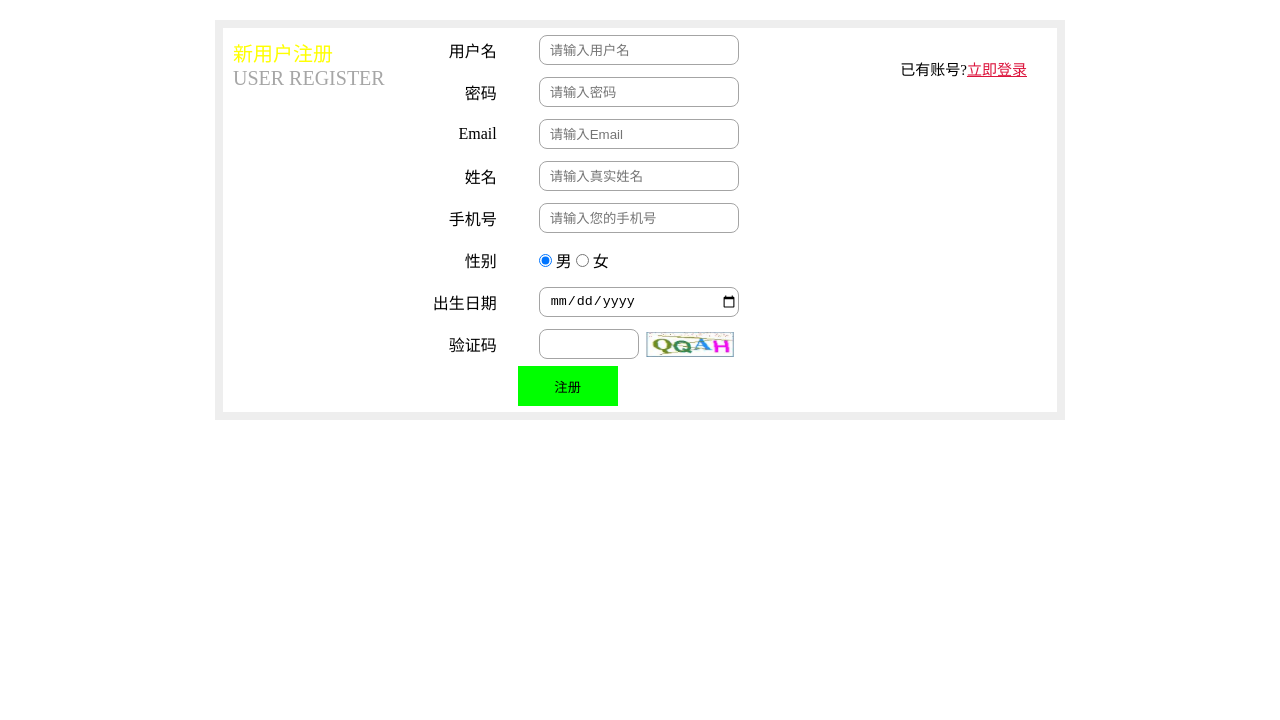
Repository: eheihaha2/whoisthespy-
Page: webDemo/WebContent/register.html
An editor plug-in stored every save of this project. The page is shown before and after the next save, followed by the edit.
The browser window is 1280 px wide. The pictures show the whole page.

Above is the page before, as saved 2020-02-25 07:31:09.
Not found: webDemo/WebContent/imag/9.png

After the next save:
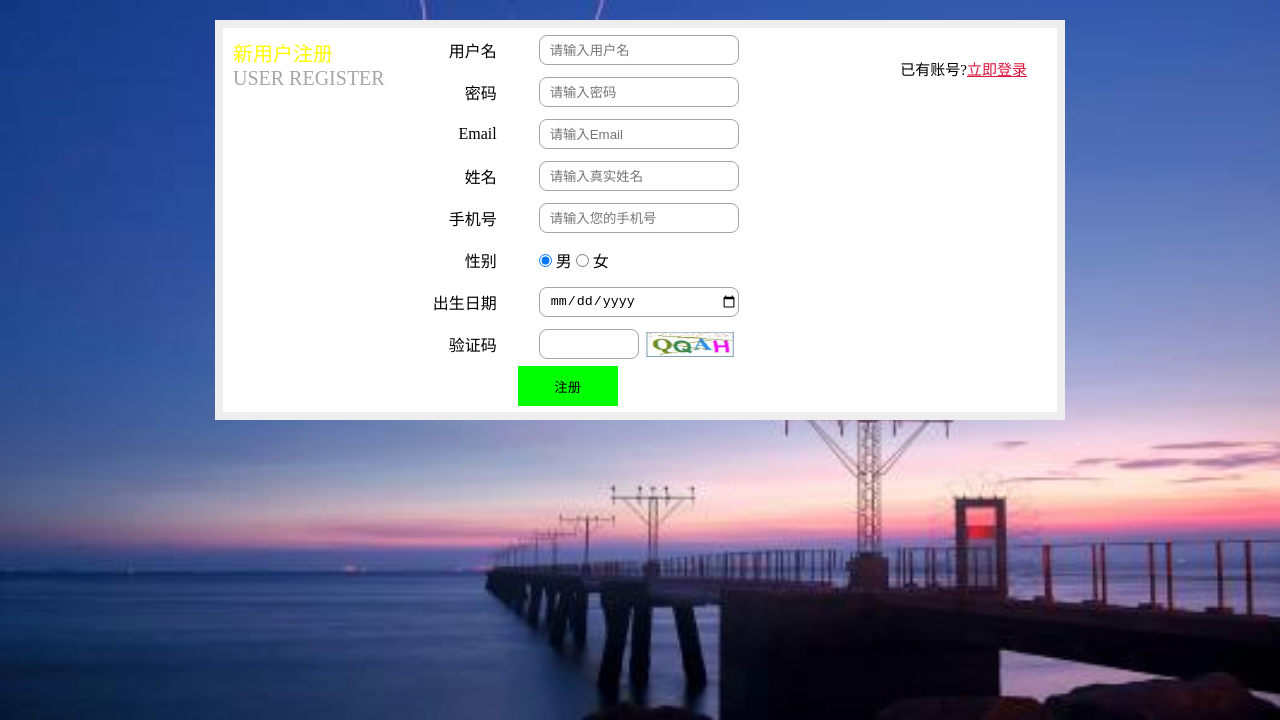
Saved 24 s later.
--- a/webDemo/WebContent/css/register.css
+++ b/webDemo/WebContent/css/register.css
@@ -5,7 +5,7 @@ box-sizing: border-box;
 }
 
 body {
-     background: url(../imag/9.png) no-repeat center;
+     background: url(../imag/9.jpg) no-repeat center;
     /*设置图片适应整个页面*/
     background-size: 100% 100%;
     background-attachment:fixed;
